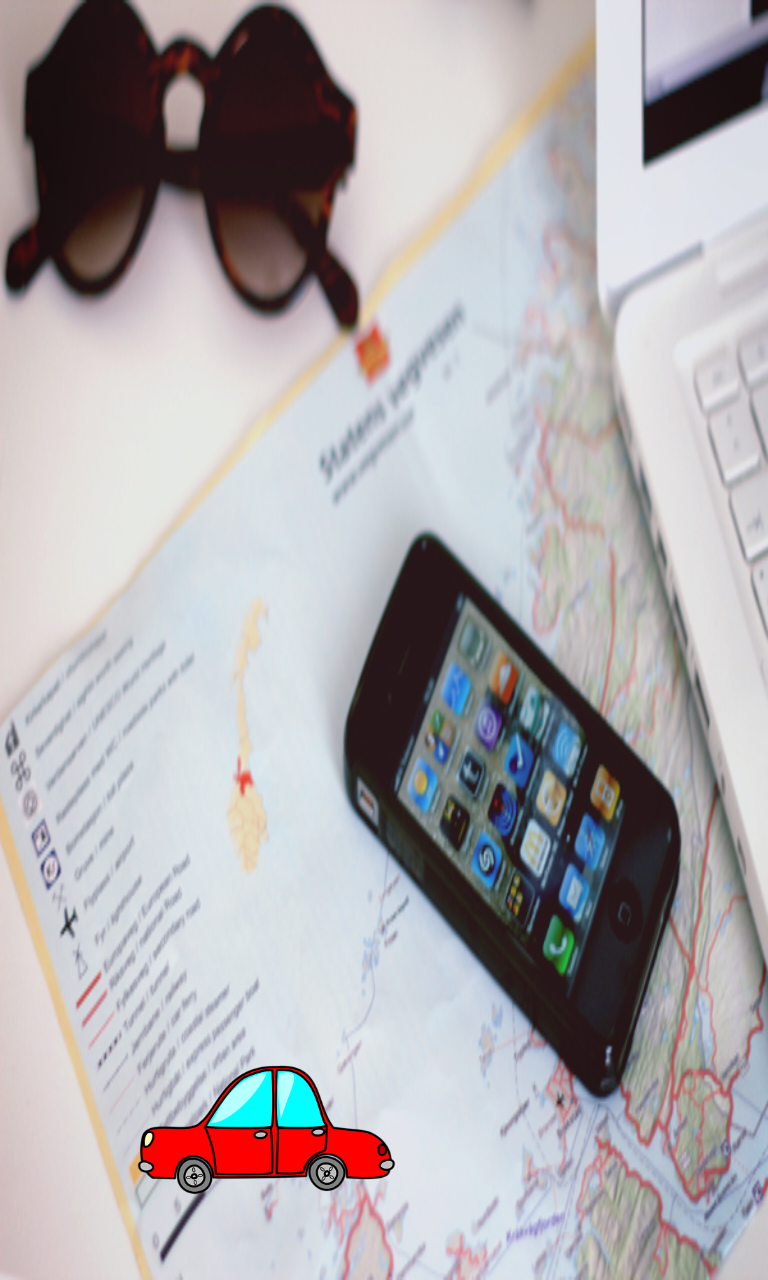
Repository: prernanain27/Android-Travel-Project
Layout: Itravel/res/layout/activity_itravel.xml
The author's editor kept a copy of each file at every save. The layout is drawn from the files as they stood at one save, then again after the next save.
It is drawn on a 768 x 1280 px phone screen (xhdpi) without system bars, with theme AppTheme; the app's code is not run.

Above is the layout before, as saved 2013-09-20 19:04:13.

### Itravel/res/layout/activity_itravel.xml
<LinearLayout xmlns:android="http://schemas.android.com/apk/res/android"
    xmlns:tools="http://schemas.android.com/tools"
    android:layout_width="match_parent"
    android:layout_height="match_parent"
    android:background="@drawable/travel2"
    >

   <ImageView
    android:id="@+id/imageView1"
    android:layout_width="wrap_content"
    android:layout_height="wrap_content"
    android:src="@drawable/car"
    android:layout_marginTop="500dp"
    />

</LinearLayout>

Loaded but not shown: Itravel/res/values-v11/styles.xml (common file); Itravel/res/values/styles.xml (common file)

After the next save:
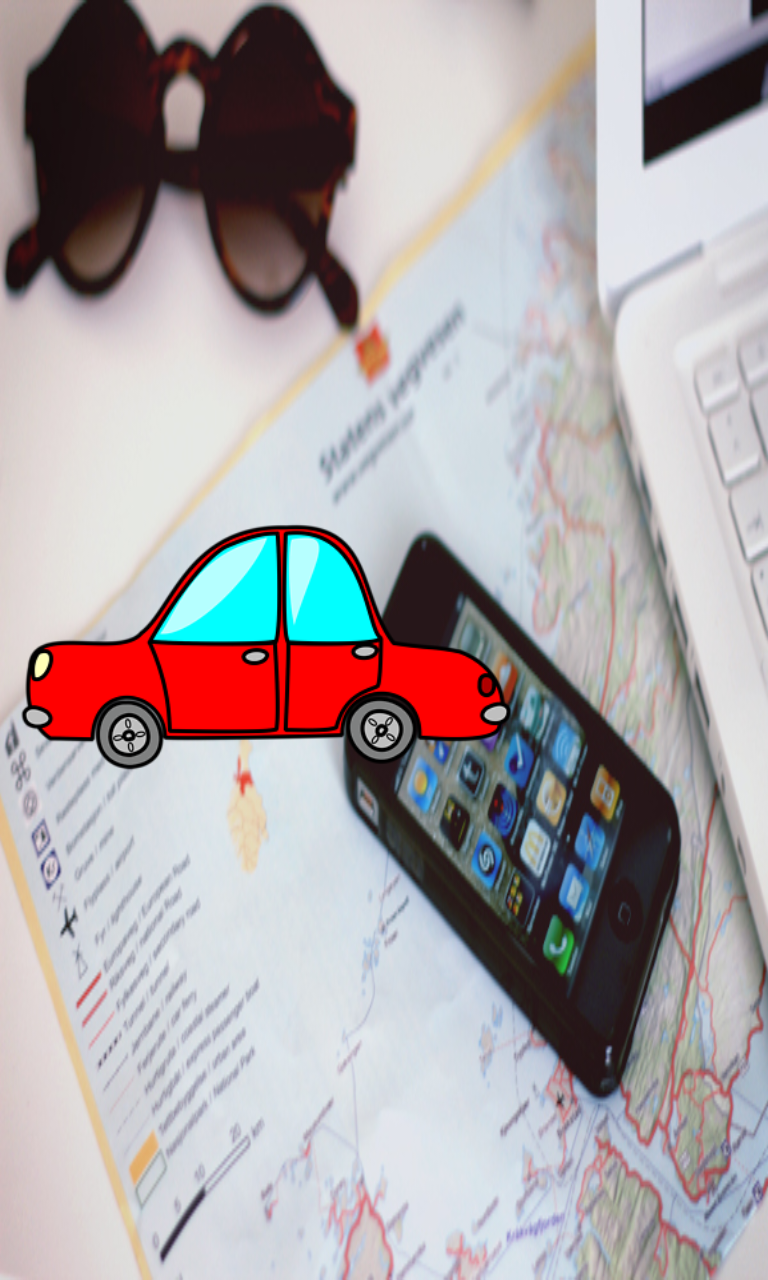
Saved 2 min 25 s later.
--- a/Itravel/res/layout/activity_itravel.xml
+++ b/Itravel/res/layout/activity_itravel.xml
@@ -10,7 +10,7 @@
     android:layout_width="wrap_content"
     android:layout_height="wrap_content"
     android:src="@drawable/car"
-    android:layout_marginTop="500dp"
+    android:layout_marginTop="200dp"
     />
 
 </LinearLayout>
